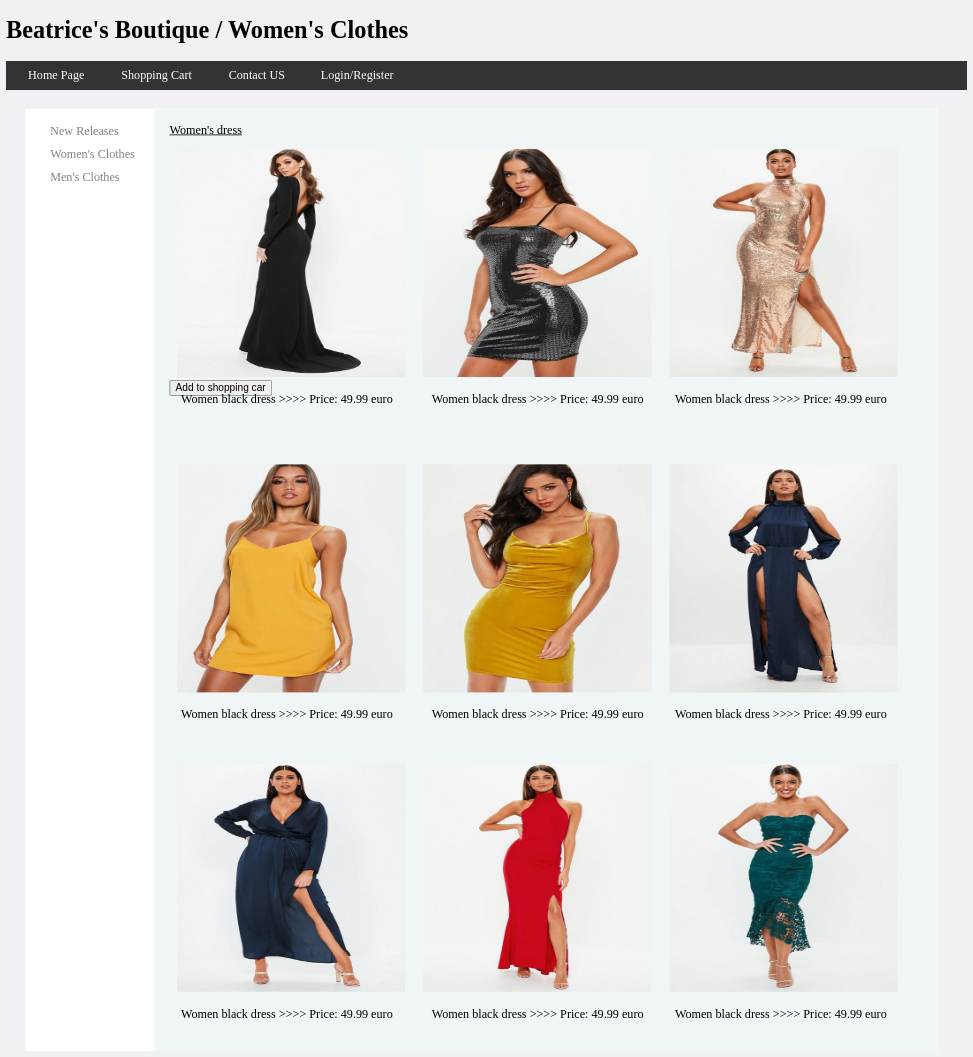
Repository: IosifDobos/Beatrice-Boutique
Page: BeatriceBoutique/Java/WorkSpace/BeatriceBoutique/WebContent/womensClothes.html
These files come from the project's save history. The page is drawn as it stood at one moment and after the next save; the edit follows.
The browser window is 1280 px wide. The pictures show the whole page, at 76% of full size.

Above is the page before, as saved 2018-12-04 17:47:04.

After the next save:
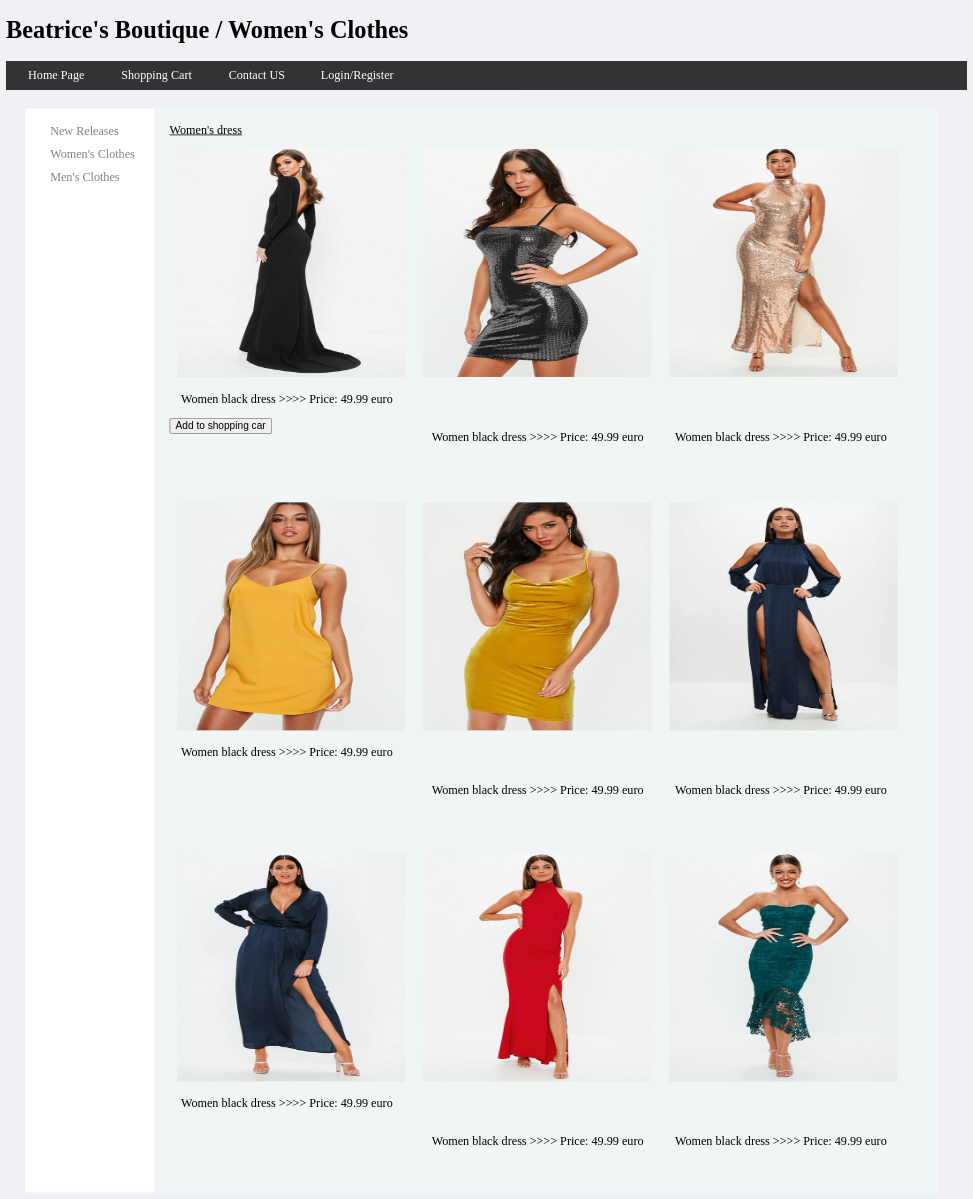
Saved 32 s later.
--- a/BeatriceBoutique/Java/WorkSpace/BeatriceBoutique/WebContent/styleSheet.css
+++ b/BeatriceBoutique/Java/WorkSpace/BeatriceBoutique/WebContent/styleSheet.css
@@ -98,7 +98,7 @@ li a:hover {
 
 
 #product-1{
-	position: absolute;
+	position: relative;
 	margin-left: 15px;
 }
 
